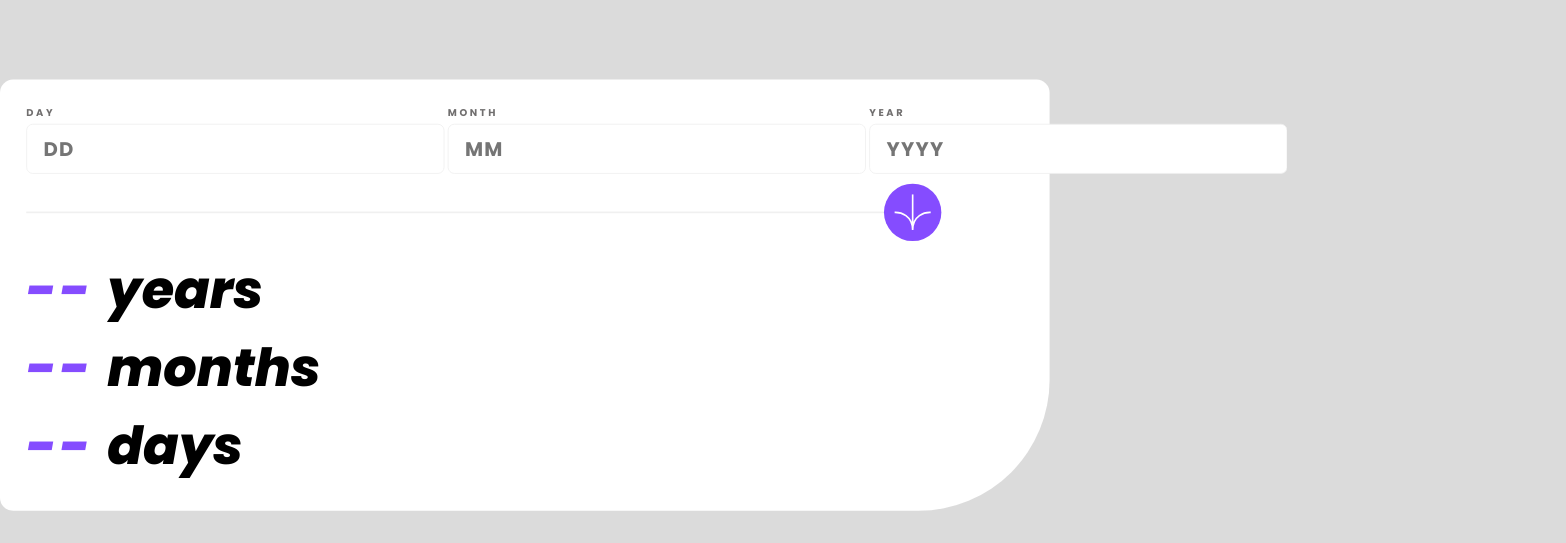
Repository: blordeus/age-calculator-app
Page: /
The author's editor kept a copy of each file at every save. The page is drawn from the files as they stood at one save, then again after the next save.
The browser window is 1280 px wide. The page is 1570 px wide, then 1910 px, so the pictures cover 1910 px, including what lies to the right of the window. The pictures show the whole page, at 82% of full size.
The project was rebuilt for these pictures with package versions that can differ from the ones it lists, and the page was loaded fresh each time.

Above is the page before, as saved 2023-08-23 16:11:37.

After the next save:
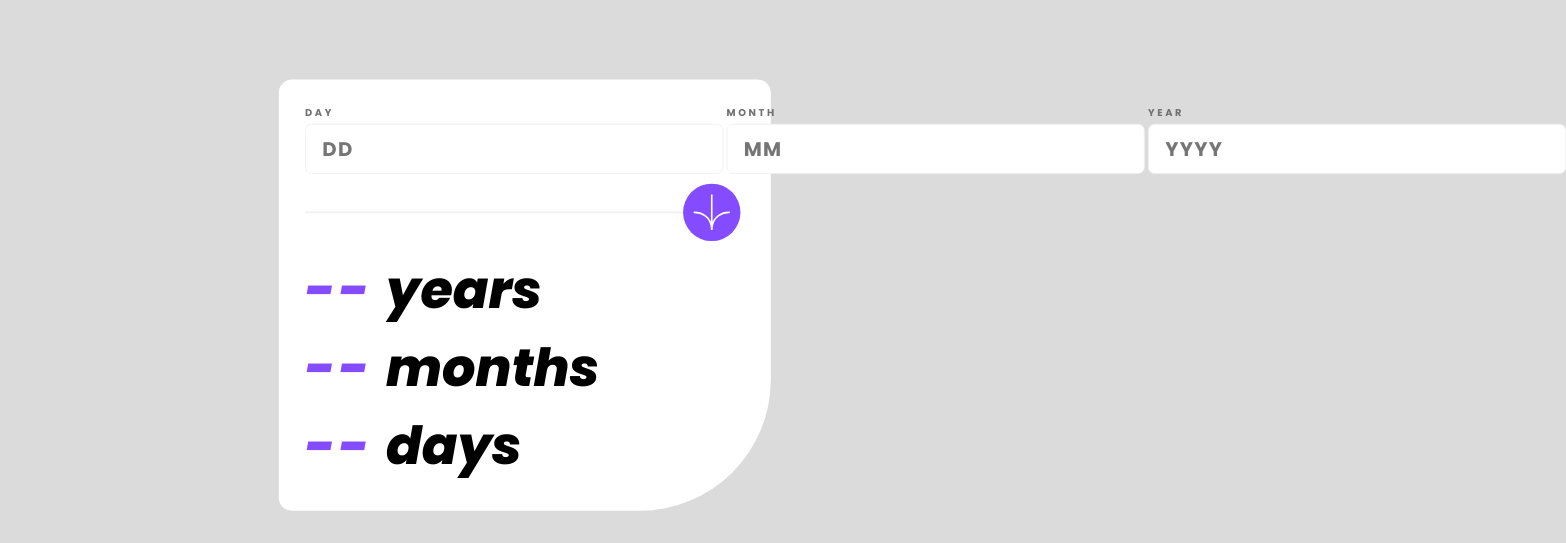
Saved 15 s later.
--- a/src/style.css
+++ b/src/style.css
@@ -26,7 +26,7 @@ body {
 }
 
 .card-container {
-  width: 1900px;
+  width: 600px;
   border-radius: 1rem 1rem 10rem 1rem;
   background-color: var(--White);
   padding: 2rem;
